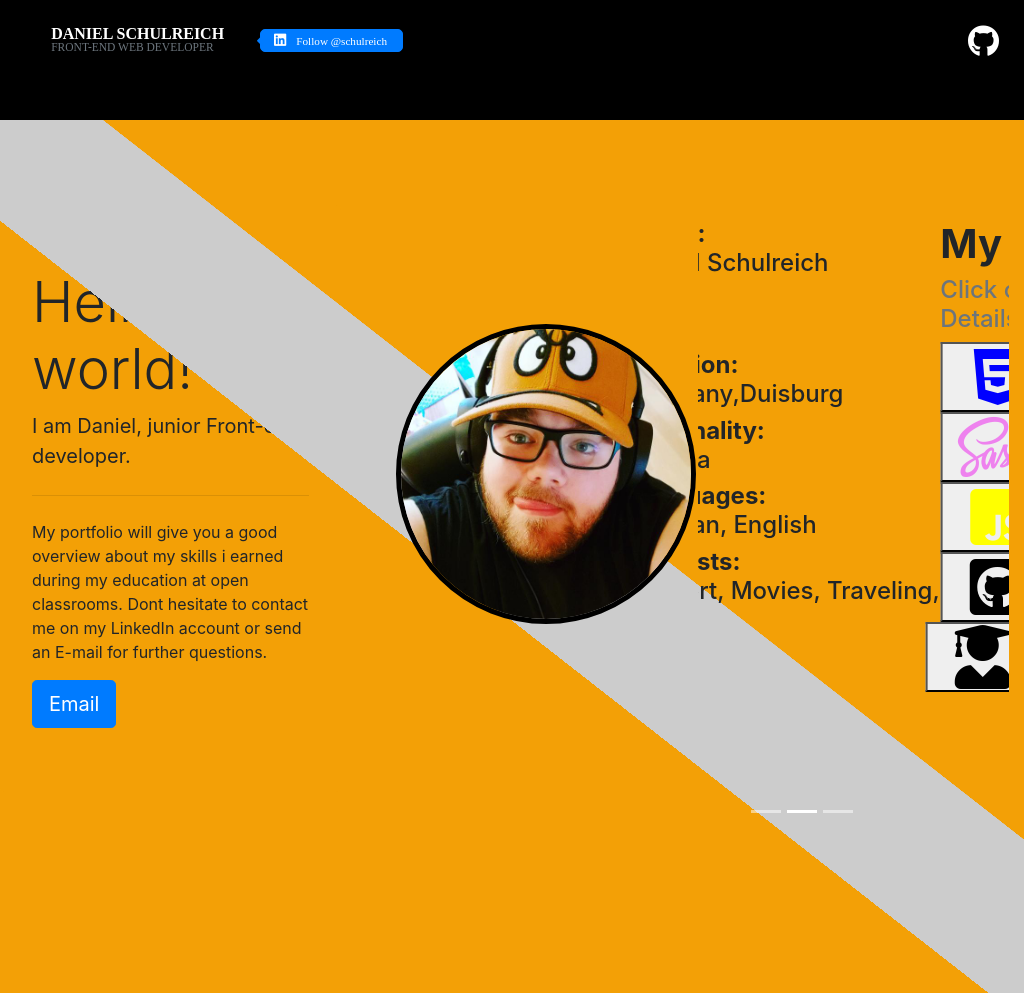
Repository: schulreich/my_portfolio
Page: index.html
An editor plug-in stored every save of this project. The page is shown before and after the next save, followed by the edit.
The browser window is 1024 px wide. The pictures show the whole page.
Some web fonts or font styles are not loaded; a fallback is used. Some web libraries are served in a nearby version.

Above is the page before, as saved 2020-06-21 00:28:35.

### index.html
<!DOCTYPE html>
<html lang="en">
<head>
    <meta charset="UTF-8">
    <meta name="viewport" content="width=device-width, initial-scale=1.0">
    <meta http-equiv="X-UA-Compatible" content="ie=edge">
    <link rel="stylesheet" href="https://stackpath.bootstrapcdn.com/bootstrap/4.1.3/css/bootstrap.min.css" integrity="sha384-MCw98/SFnGE8fJT3GXwEOngsV7Zt27NXFoaoApmYm81iuXoPkFOJwJ8ERdknLPMO" crossorigin="anonymous">
    <link rel="stylesheet" href="css/main.css">
    <link rel="stylesheet" href="https://use.fontawesome.com/releases/v5.5.0/css/all.css" integrity="sha384-B4dIYHKNBt8Bc12p+WXckhzcICo0wtJAoU8YZTY5qE0Id1GSseTk6S+L3BlXeVIU" crossorigin="anonymous">

    <title>Document</title>
</head>
<body>
    <header>
        <div class="row">
            <div class="name">DANIEL SCHULREICH</div>
            <div class="title text-muted"><small>FRONT-END WEB DEVELOPER</small></div>
            <a class="btn btn-primary btn-sm follow d-none d-lg-block" href="https://www.linkedin.com/in/daniel-schulreich-a5347617b/" target="_blank" role="button"><i class="fab fa-linkedin "></i><i class="fas fa-arrow-left arrow-left text-primary"></i><small>Follow @schulreich</small></a>

            <div class="nav">
                    <ul>
                        <li class="github"><i class="fab fa-github fa-2x nav-icon"></i><a href="https://github.com/schulreich" target="_blank">GitHub</a>
                        </li>
                    </ul>
                </div>


        </div>
    </header>

    <section class="project-modal">

    <div class="modal fade bd-example-modal-lg" tabindex="-1" role="dialog" aria-labelledby="myLargeModalLabel" aria-hidden="true">
            <div class="modal-dialog modal-lg">
              <div class="modal-content">
                <div class="modal-header">
                  <h5 class="modal-title" id="exampleModalLabel"><strong>JavaScript Boardgame</strong></h5>
                  <button type="button" class="close" data-dismiss="modal" aria-label="Close">
                    <span aria-hidden="true">&times;</span>
                  </button>
                </div>
                <div class="modal-body modal-align">
                    <img class="modal-img" src="images/boardgame.png" alt="">
                </div>
                <div class="modal-footer">
                  <a href="#" target="_blank" class="btn btn-primary btn-lg active" role="button" aria-pressed="true">comming soon</a>
                  <button type="button" class="btn btn-secondary" data-dismiss="modal">Close</button>
                </div>
              </div>
            </div>
          </div>

          <div class="modal fade bd-cards-example-modal-lg" tabindex="-1" role="dialog" aria-labelledby="myLargeModalLabel" aria-hidden="true">
                <div class="modal-dialog modal-lg">
                  <div class="modal-content">
                    <div class="modal-header">
                      <h5 class="modal-title" id="exampleModalLabel"><strong>Bootstrap Moviefestival website</strong></h5>
                      <button type="button" class="close" data-dismiss="modal" aria-label="Close">
                        <span aria-hidden="true">&times;</span>
                      </button>
                    </div>
                    <div class="modal-body modal-align">
                        <img class="modal-img" src="images/moviefestival.png" alt="">
                    </div>
                    <div class="modal-footer">
                      <a href="https://schulreich.github.io/project-movie-festival/" target="_blank" class="btn btn-primary btn-lg active" role="button" aria-pressed="true">Watch</a>
                      <button type="button" class="btn btn-secondary" data-dismiss="modal">Close</button>
                    </div>
                  </div>
                </div>
              </div>


              <div class="modal fade bd-grid-example-modal-lg" tabindex="-1" role="dialog" aria-labelledby="myLargeModalLabel" aria-hidden="true">
                    <div class="modal-dialog modal-lg">
                      <div class="modal-content">
                        <div class="modal-header">
                          <h5 class="modal-title" id="exampleModalLabel"><strong>React Restaurant review website</strong></h5>
                          <button type="button" class="close" data-dismiss="modal" aria-label="Close">
                            <span aria-hidden="true">&times;</span>
                          </button>
                        </div>
                        <div class="modal-body modal-align">
                            <img class="modal-img" src="images/restaurantreview.png" alt="">
                        </div>
                        <div class="modal-footer">
                          <a href="https://schulreich.github.io/project_7/" target="_blank" class="btn btn-primary btn-lg active" role="button" aria-pressed="true">Demo</a>
                          <button type="button" class="btn btn-secondary" data-dismiss="modal">Close</button>
                        </div>
                      </div>
                    </div>
                  </div>


          <div class="modal fade bd-register-example-modal-lg" tabindex="-1" role="dialog" aria-labelledby="myLargeModalLabel" aria-hidden="true">
                <div class="modal-dialog modal-lg">
                  <div class="modal-content">
                    <div class="modal-header">
                      <h5 class="modal-title" id="exampleModalLabel"><strong>WordPress</strong></h5>
                      <button type="button" class="close" data-dismiss="modal" aria-label="Close">
                        <span aria-hidden="true">&times;</span>
                      </button>
                    </div>
                    <div class="modal-body modal-align">
                        <img class="modal-img" src="images/WordPress.png" alt="">
                    </div>
                    <div class="modal-footer">
                      <a href="http://dev-lifestylechaletsandcaviar.pantheonsite.io/" target="_blank" class="btn btn-primary btn-lg active" role="button" aria-pressed="true">Watch</a>
                      <button type="button" class="btn btn-secondary" data-dismiss="modal">Close</button>
                    </div>
                  </div>
                </div>
              </div>

    </section>

    <section class="skill-modal">

    <section class="container-fluid intro-section">

        <div class="row">
             <div class="intro col-lg-4 col-md-5 jumbotron">
                <h1 class="display-4">Hello, world!</h1>
                     <p class="lead"><b>I am Daniel, junior Front-end developer.</b></p>
                <hr class="my-4">
                     <p>My portfolio will give you a good overview about my skills i earned during my education at open classrooms. Dont hesitate to contact me on my LinkedIn account or send an E-mail for further questions.</p>
                            <a class="btn btn-primary btn-lg" href="mailto:schulreich_daniel@peppinet.de" target="_blank" role="button">Email</a>
          </div>


          <div class="col-lg-4 d-none d-lg-block move">
              <img class="skew" src="https://dummyimage.com/200x753/000/000" alt="">
              <img class="rounded-circle " src="images/test.jpeg" alt="">
          </div>

<aside id="carouselExampleIndicators" class="col-lg-4 personal-information carousel slide" data-ride="carousel">
        <ol class="carousel-indicators">
                <li data-target="#carouselExampleIndicators" data-slide-to="0" class="active"></li>
                <li data-target="#carouselExampleIndicators" data-slide-to="1"></li>
                <li data-target="#carouselExampleIndicators" data-slide-to="2"></li>
              </ol>
    <div class="carousel-inner">
        <div class="carousel-item active">
              <h4><strong>Name:</strong> <br> Daniel Schulreich</h4>
              <h4><strong>Age:</strong> <br> 33</h4>
              <h4><strong>Location:</strong> <br> Germany,Duisburg</h4>
              <h4><strong>Nationality:</strong> <br> Austria</h4>
              <h4><strong>Languages:</strong> <br> German, English</h4>
              <h4><strong>Interests:</strong> <br> E-Sport, Movies, Traveling, Music</h4>
        </div>
        <div class="carousel-item">
            <aside class="skills"> <!-- text-center -->
              <h1><strong>My Skills</strong></h1>
              <h4 class="text-muted">Click on Icons for more Details</h4>
              <div class="y">
                <!--  justify-content-center -->
                <div class="row">

                  <div class="col-lg-4"><a href="https://openclassrooms.com/en/course-certificates/8254547573" target="_blank" class="active" role="button" aria-pressed="true"><button class="skill-button"><i class="fab fa-html5 fa-4x" ></i></a></div>
                  <div class="col-lg-4"><a href="https://openclassrooms.com/en/course-certificates/2811490125" target="_blank" class="active" role="button" aria-pressed="true"><button class="skill-button"><i class="fab fa-css3-alt fa-4x"></i></button></a></div>
                </div>
                <div class="row">
                    <div class="col-lg-4"><a href="https://openclassrooms.com/en/course-certificates/3315606497" target="_blank" class="active" role="button" aria-pressed="true"><button class="skill-button"><i class="fab fa-sass fa-4x"></i></button></a></div>
                    <div class="col-lg-4"><a href="https://openclassrooms.com/en/course-certificates/8340529448" target="_blank" class="active" role="button" aria-pressed="true"><button class="skill-button"><i class="fab fa-react fa-4x"></i></button></a></div>
                </div>
                <div class="row">
                  <div class="col-lg-4"><a href="https://openclassrooms.com/en/course-certificates/2140767815" target="_blank" class="active" role="button" aria-pressed="true"><button class="skill-button"><i class="fab fa-js-square fa-4x"></i></button></a></div>
                  <div class="col-lg-4"><a href="https://openclassrooms.com/en/course-certificates/8343798364" target="_blank" class="active" role="button" aria-pressed="true"><button class="skill-button"><i class="fab fa-wordpress fa-4x"></i></button></a></div>
                </div>
                <div class="row">
                  <div class="col-lg-4"><a href="https://openclassrooms.com/en/course-certificates/4342386076" target="_blank" class="active" role="button" aria-pressed="true"><button class="skill-button"><i class="fab fa-github-square fa-4x"></i></button></a></div>
                  <!-- Bootstrap icon was not Available-->
                  <div class="col-lg-4"><a href="https://openclassrooms.com/en/course-certificates/8244891630" target="_blank" class="active" role="button" aria-pressed="true"><button class="skill-button"><i class="fas fa-bold fa-4x"></i></button></a></div>
                <div class="row">
                  <div class="col-lg-4"><a href="https://openclassrooms.com/en/learning-path-certificates/5664741678" target="_blank" class="active" role="button" aria-pressed="true"><button class="skill-button"><i class="fas fa-user-graduate fa-4x"></i></button></a></div>
                </div>
                </div>
              </div>
            </aside>
        </div>
        <div class="carousel-item">
            <aside class="projects">
                <h1>Projects</h1>
                <h4 class="text-muted">Select Thumbnail</h4>

                <img src="images/boardgame.png" class="img-thumbnail thumbnail" data-toggle="modal" data-target=".bd-example-modal-lg" alt="...">
                <img src="images/moviefestival.png" class="img-thumbnail thumbnail" data-toggle="modal" data-target=".bd-cards-example-modal-lg" alt="..."> <br>
                <img src="images/restaurantreview.png" class="img-thumbnail thumbnail" data-toggle="modal" data-target=".bd-grid-example-modal-lg" alt="...">
                <img src="images/WordPress.png" class="img-thumbnail thumbnail" data-toggle="modal" data-target=".bd-register-example-modal-lg" alt="...">
            </aside>
        </div>
    </div>
</aside>

    </div>

    </section>









    <script src="https://code.jquery.com/jquery-3.3.1.slim.min.js" integrity="sha384-q8i/X+965DzO0rT7abK41JStQIAqVgRVzpbzo5smXKp4YfRvH+8abtTE1Pi6jizo" crossorigin="anonymous"></script>
<script src="https://cdnjs.cloudflare.com/ajax/libs/popper.js/1.14.3/umd/popper.min.js" integrity="sha384-ZMP7rVo3mIykV+2+9J3UJ46jBk0WLaUAdn689aCwoqbBJiSnjAK/l8WvCWPIPm49" crossorigin="anonymous"></script>
<script src="https://stackpath.bootstrapcdn.com/bootstrap/4.1.3/js/bootstrap.min.js" integrity="sha384-ChfqqxuZUCnJSK3+MXmPNIyE6ZbWh2IMqE241rYiqJxyMiZ6OW/JmZQ5stwEULTy" crossorigin="anonymous"></script>
</body>
</html>

### css/main.css
@import url("https://fonts.googleapis.com/css?family=Coda");
@keyframes mymove {
  0% {
    left: 16%;
  }
  100% {
    left: 31%;
  }
}

@media screen and (max-width: 1024px){
  @keyframes mymove{
      0%   {left: 16%;}
      100% {left: 15%;}
  }
}

@keyframes myskew {
  0% {
    transform: skew(52deg);
  }
  100% {
    transform: skew(0deg);
  }
}
@keyframes myfade {
  0% {
    opacity: 0;
  }
  25% {
    opacity: 0;
  }
  50% {
    opacity: 0.6;
  }
  75% {
    opacity: 0.8;
  }
  100% {
    opacity: 1;
  }
}
body {
  background-color: #f3a006;
}

header {
  background-color: black;
  height: 120px;
  font-family: "Coda";
}
header .name {
  position: absolute;
  left: 5%;
  top: 3%;
  color: white;
  font-weight: bolder;
}
header .title {
  position: absolute;
  top: 5%;
  left: 5%;
  color: white;
  font-size: 0.9em;
}
header .follow {
  position: absolute;
  left: 260px;
  top: 4%;
  border-radius: 5px;
  padding-top: 0;
  padding-bottom: 0;
  padding-right: 15px;
  padding-left: 3px;
}
header .arrow-left {
  position: absolute;
  left: -10%;
  top: 18%;
}
header .nav-icon {
  color: white;
}
header i {
  padding: 0 10px;
}
header ul {
  list-style-type: none;
}
header .nav ul {
  margin: 0;
  padding: 0;
  position: absolute;
  top: 10px;
  right: 0;
  font-size: 0px;
}
header .nav ul li {
  font-size: 12pt;
  display: inline-block;
  padding: 15px;
  transition: all 0.2s ease-in-out;
}
header .nav ul li a {
  font-family: FontAwesome;
  color: lime;
  font-size: 22pt;
  text-decoration: none;
}
header .nav ul .github.about .code .contact {
  background: black;
}
header .nav ul li i {
  display: block;
}
header .nav ul li a {
  display: none;
}
header .nav ul li:hover i {
  display: none;
}
header .nav ul li:hover a {
  display: block;
}
header .nav a:hover {
  color: lime;
}

.modal-img {
  width: 600px;
}

.modal-align {
  padding-left: 6rem;
}

.modal-header {
  background-color: #f3a006;
}

.modal-body {
  background-color: black;
}

.intro-section {
  background-color: #f3a006;
  /*}
  .rounded-circle:hover{
      left: 25%;
      transition: 2s left;
  }*/
}
.intro-section .intro {
  background-color: #f3a006;
  top: 85px;
}
.intro-section .skew {
  transform: skew(52deg);
  position: absolute;
  height: 157%;
  left: 36%;
  animation: myskew 2s 1 ease;
  animation-fill-mode: forwards;
}
@media screen and (max-width: 1024px){
  .intro-section .skew {
    transform: skew(52deg);
    position: absolute;
    height: 141%;
    left: 26%;
    animation: myskew 2s 1 ease;
    animation-fill-mode: forwards;
  }
}
.intro-section .rounded-circle {
  position: absolute;
  border: solid 5px black;
  height: 300px;
  width: 300px;
  left: 20%;
  top: 33%;
  animation: mymove 2s 1 ease;
  animation-fill-mode: forwards;
}
.intro-section .personal-information {
  position: relative;
  top: 100px;
  animation: myfade 5s 1 ease;
  transition-delay: 3s;
}
.intro-section .carousel-inner {
  height: 565px;
}
.carousel-indicators{
  right: 30%;
}
.intro-section .skill-button {
  width: 115px;
}
.intro-section .fa-html5 {
  color: blue;
}
.intro-section .fa-css3-alt {
  color: pink;
}
.intro-section .fa-sass {
  color: violet;
}
.intro-section .fa-react {
  color: skyblue;
  width: 100px;
}
.intro-section .fa-js-square {
  color: yellow;
  width: 100px;
}
.intro-section .fa-bold{
  color:white;
  background-color: purple;
}
.intro-section .thumbnail {
  width: 200px;
  height: 200px;
}
@media screen and (max-width: 1024px){
  .intro-section .thumbnail {
    width: 200px;
    height: 105px;
  }
}

After the next save:
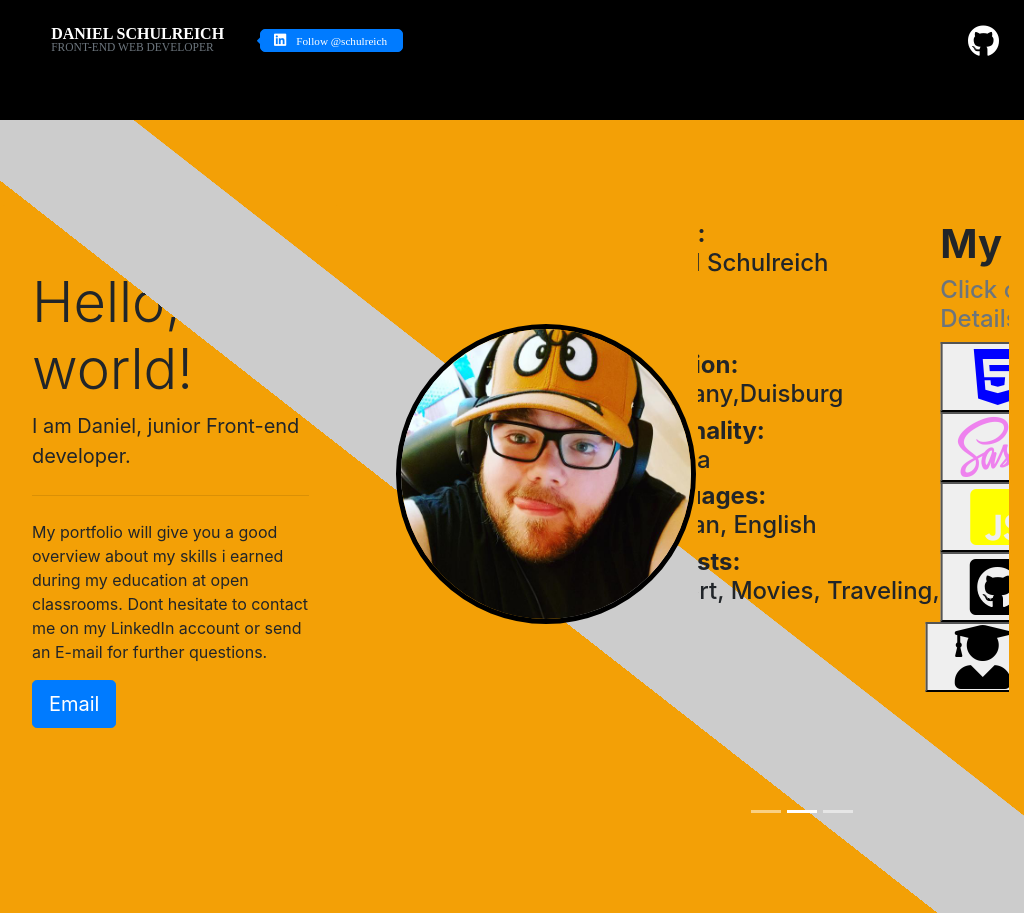
Saved 2 min 25 s later.
--- a/css/main.css
+++ b/css/main.css
@@ -11,7 +11,7 @@
 @media screen and (max-width: 1024px){
   @keyframes mymove{
       0%   {left: 16%;}
-      100% {left: 15%;}
+      100% {left: 12%;}
   }
 }
 
@@ -166,7 +166,7 @@
   .intro-section .skew {
     transform: skew(52deg);
     position: absolute;
-    height: 141%;
+    height: 128%;
     left: 26%;
     animation: myskew 2s 1 ease;
     animation-fill-mode: forwards;
